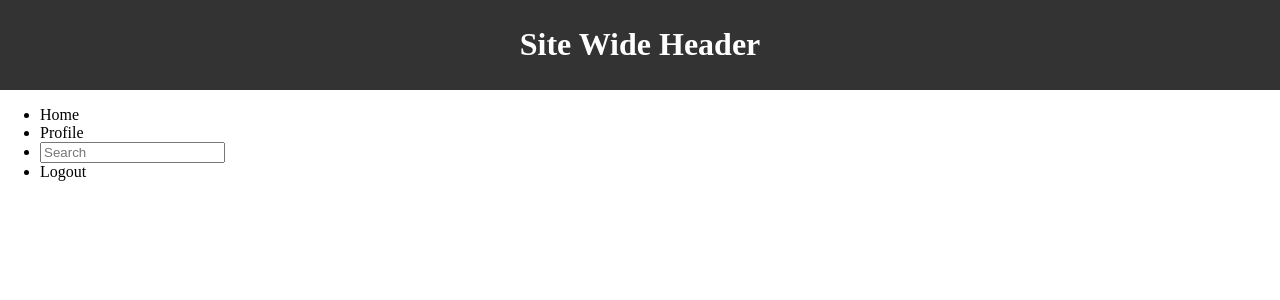
Repository: ayeza-baseer/AssignmentFlexbox
Page: assignment.html
The author's editor kept a copy of each file at every save. The page is drawn from the files as they stood at one save, then again after the next save.
The browser window is 1280 px wide. The pictures show the whole page.

Above is the page before, as saved 2023-03-17 13:30:44.

### assignment.html
<!DOCTYPE html>
<html lang="en">
<head>

    <link rel="stylesheet" href="assignment.css">


</head>
<body>
<div>
    <header class="header"><h1>
        Site Wide Header
    </h1></header>
    <nav>
        <ul class="container">
            <li>Home</li>
            <li>Profile</li>
            <li class="search">
                <input type="text" class="search-input" placeholder="Search">
            </li>
            <li>Logout</li>
        </ul>
    </nav>


</div>

</body>
</html>

### assignment.css
.header{
    padding: 5px;
    background-color: #333;
	 color: #ccc;

    text-align: center;

    color: white;
}

body{
    margin:0
}

After the next save:
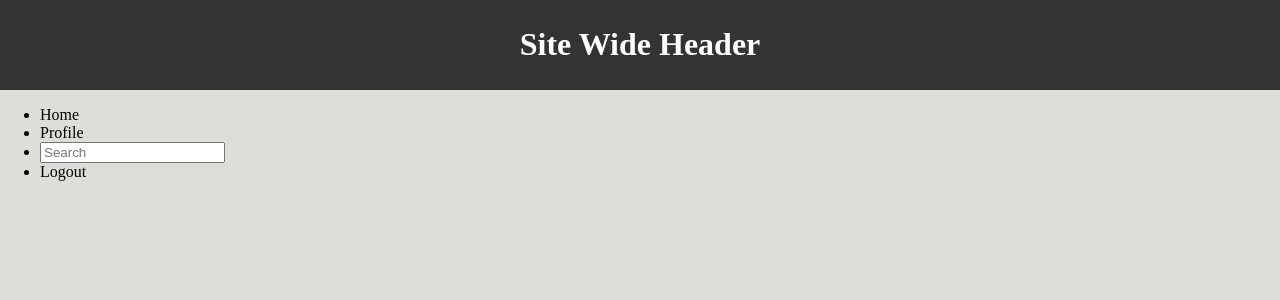
Saved 52 s later.
--- a/assignment.css
+++ b/assignment.css
@@ -9,5 +9,6 @@
 }
 
 body{
-    margin:0
+    margin:0;
+    background-color: #deded8;
 }
